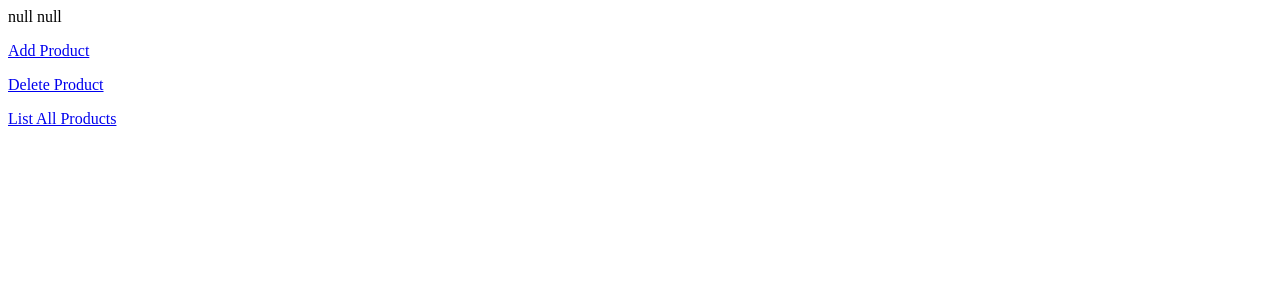
Repository: deevanshu07/Projects
Page: http://localhost/Assignment2_Dynamic/Adminservices.jsp
These files come from the project's save history. The page is drawn as it stood at one moment and after the next save; the edit follows.
The browser window is 1280 px wide. The pictures show the whole page.
The page is served by Tomcat 9. Other server files are loaded and not shown.

Above is the page before, as saved 2015-03-21 12:49:37.

### BOOT_CAMP_PROJECTS/Deevanshu1/Assignment2_Dynamic/WebContent/Adminservices.jsp
<%@page import="java.io.PrintWriter"%>

<%@ page language="java" contentType="text/html; charset=ISO-8859-1"
    pageEncoding="ISO-8859-1"%>
<!DOCTYPE html PUBLIC "-//W3C//DTD HTML 4.01 Transitional//EN" "http://www.w3.org/TR/html4/loose.dtd">
<html>
<head>
<meta http-equiv="Content-Type" content="text/html; charset=ISO-8859-1">
<title>Insert title here</title>
</head>
<body>
<%
String userId=request.getParameter("userId");
String password=request.getParameter("password");
PrintWriter pw= response.getWriter();
pw.println(userId+"\t"+password);
%>
<p><a href="Addproduct.jsp">Add Product</a></p>
<p><a href="Deleteproduct.jsp">Delete Product</a></p>
<p><a href="Listproducts">List All Products</a></p>
</body>
</html>

After the next save:
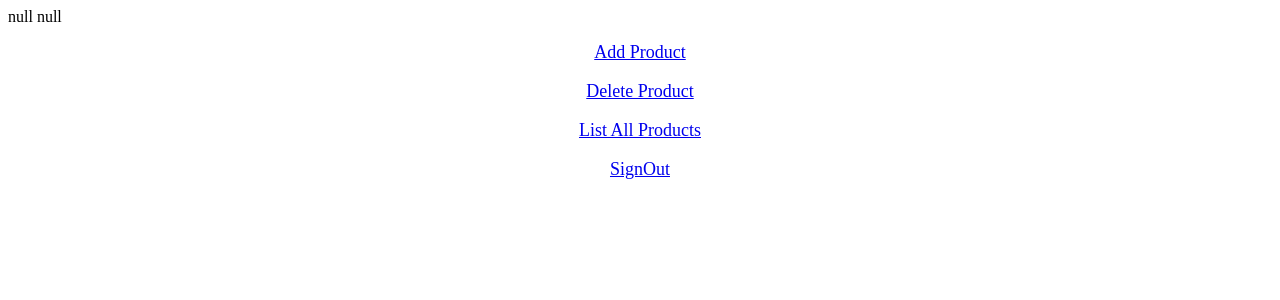
Saved 92 s later.
--- a/BOOT_CAMP_PROJECTS/Deevanshu1/Assignment2_Dynamic/WebContent/Adminservices.jsp
+++ b/BOOT_CAMP_PROJECTS/Deevanshu1/Assignment2_Dynamic/WebContent/Adminservices.jsp
@@ -15,8 +15,11 @@ String password=request.getParameter("password");
 PrintWriter pw= response.getWriter();
 pw.println(userId+"\t"+password);
 %>
-<p><a href="Addproduct.jsp">Add Product</a></p>
-<p><a href="Deleteproduct.jsp">Delete Product</a></p>
-<p><a href="Listproducts">List All Products</a></p>
+<div align="center">
+<p><a href="Addproduct.jsp"><font size=4px>Add Product</a></p>
+<p><a href="Deleteproduct.jsp"><font size=4px>Delete Product</a></p>
+<p><a href="Listproducts"><font size=4px>List All Products</a></p>
+<a href="SignOut.jsp"><font size=4px>SignOut</a>
+</div>
 </body>
 </html>
